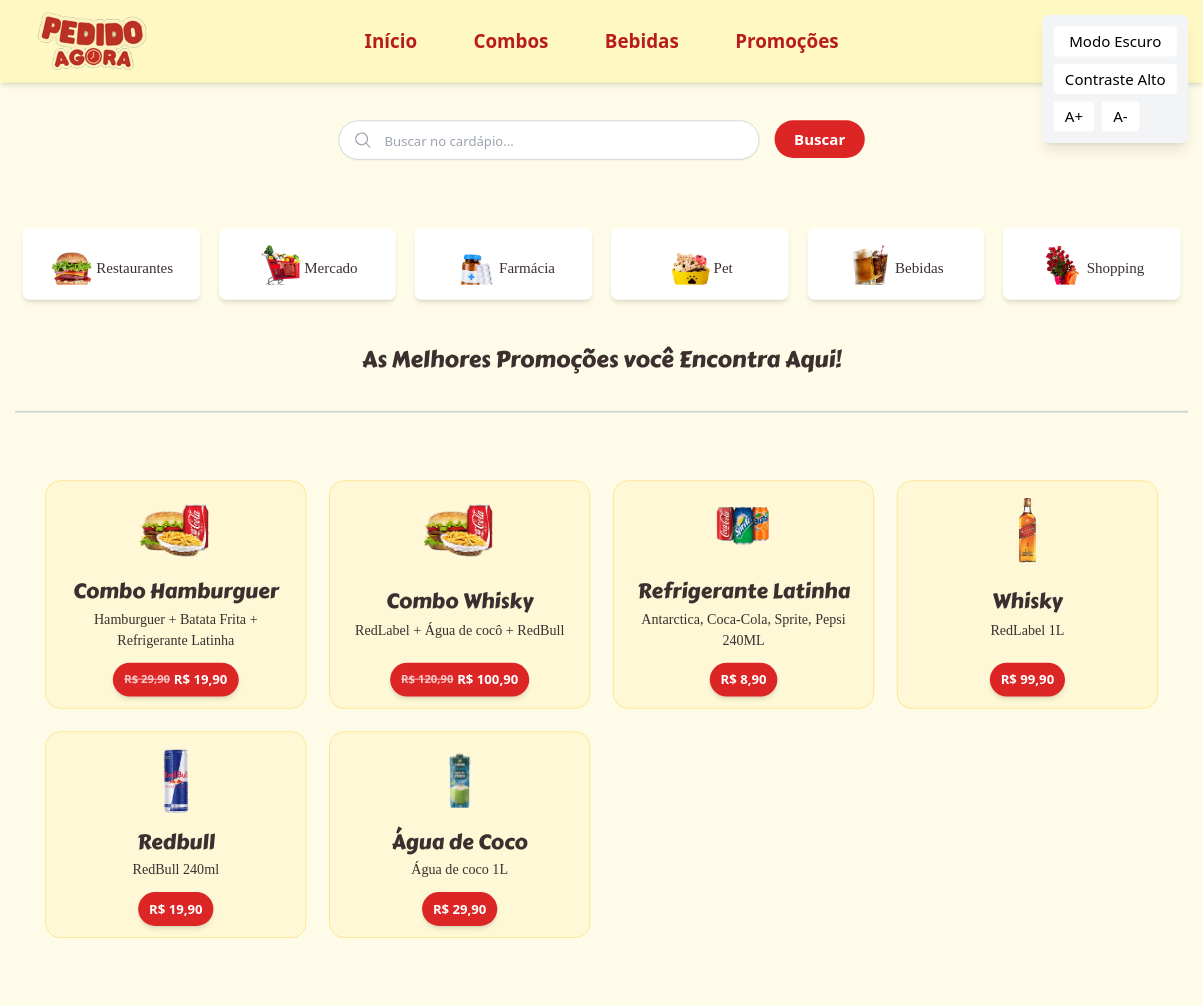
Repository: edufilhocruz/pedidoagora
Page: /pagePromocoes
An editor plug-in stored every save of this project. The page is shown before and after the next save, followed by the edit.
The browser window is 1280 px wide. The pictures show the whole page, at 94% of full size.
Some web fonts or font styles are not loaded; a fallback is used. The project was rebuilt for these pictures with package versions that can differ from the ones it lists, and the page was loaded fresh each time. The framework's server and built-in components were replaced by stand-ins that run in the browser. Also part of the build but not shown: next.config.mjs, src/components/CardsRestaurantes.jsx.

Above is the page before, as saved 2025-06-21 20:54:05.

After the next save:
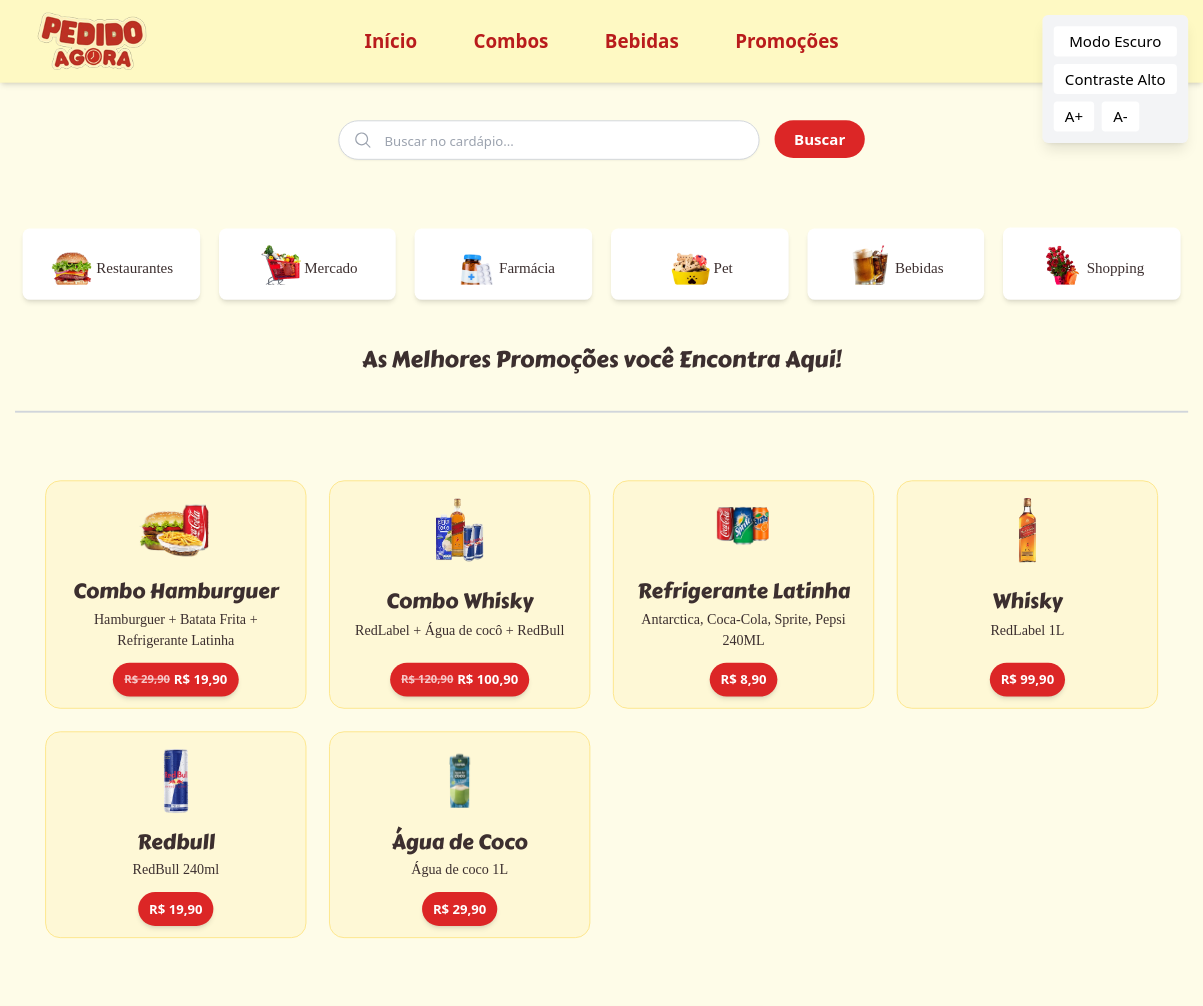
Saved 18 s later.
--- a/src/components/PagePromocoes/CardsPromocoes.jsx
+++ b/src/components/PagePromocoes/CardsPromocoes.jsx
@@ -18,7 +18,7 @@
         description: 'RedLabel + Água de cocô + RedBull',
         originalPrice: "R$ 120,90",
         discountPrice: "R$ 100,90",
-        image: "/images/combo-hamburger.png"
+        image: "/images/comboBebidas.png"
     },
     {
         id:'RefrigeranteLata',
